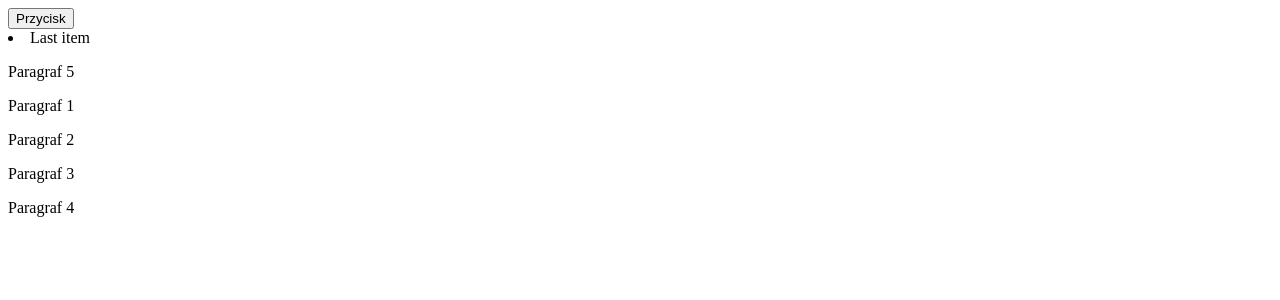
Repository: magdaf41/jQuery
Page: zadanie 2/index.html
An editor plug-in stored every save of this project. The page is shown before and after the next save, followed by the edit.
The browser window is 1280 px wide. The pictures show the whole page.
After loading, the first visible `#button` was clicked once.
Some web libraries are served in a nearby version.

Above is the page before, as saved 2020-09-10 21:50:34.

### zadanie 2/index.html
<!DOCTYPE html>
<html lang="en">

<head>
    <meta charset="UTF-8">
    <meta name="viewport" content="width=device-width, initial-scale=1.0">
    <title>Animation</title>
    <link rel="stylesheet" href="css/style.css">
</head>

<body>

<div>
    <button id="button">Przycisk</button>
</div>

    <p class="first">Paragraf 1</p>
    <p class="second">Paragraf 2</p>
    <p class="third">Paragraf 3</p>
    <p class="fourth">Paragraf 4</p>
    <p class="fifth">Paragraf 5</p>



    <script src="https://cdnjs.cloudflare.com/ajax/libs/jquery/3.2.1/jquery.min.js"></script>
    <script src="https://code.jquery.com/ui/1.12.1/jquery-ui.min.js"
        integrity="sha256-VazP97ZCwtekAsvgPBSUwPFKdrwD3unUfSGVYrahUqU=" crossorigin="anonymous"></script>
    <script src="js/main.js"></script>
</body>

</html>

### zadanie 2/js/main.js
$(document).ready(function () {

$('#button').click(function() {
  $('.fifth').insertBefore('.first');


  $('div').append('<li class="list-item">Last item</li>');
})
});

Loaded but not shown: zadanie 2/css/style.css (no stored copy; drawn as an empty file)

After the next save:
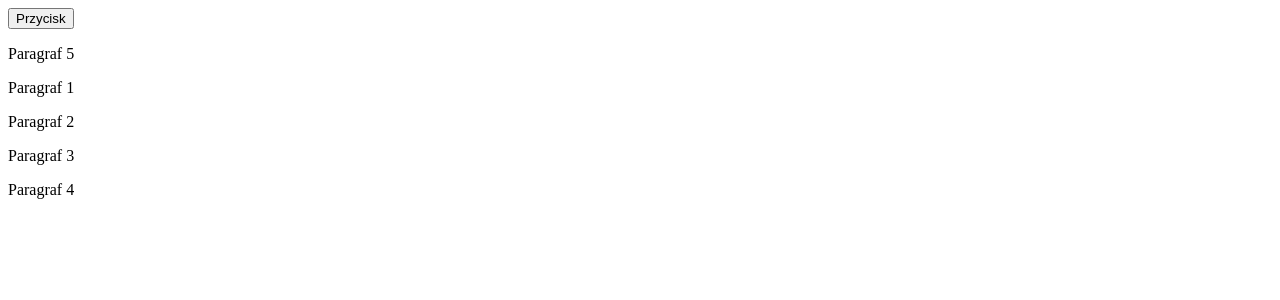
Console error: TypeError: $(...).innerHtml is not a function
Saved 53 s later.
--- a/zadanie 2/js/main.js
+++ b/zadanie 2/js/main.js
@@ -4,6 +4,6 @@
   $('.fifth').insertBefore('.first');
 
 
-  $('div').append('<li class="list-item">Last item</li>');
+  $('div').innerHtml('<li class="list-item">Last item</li>');
 })
 });

After the save that followed:
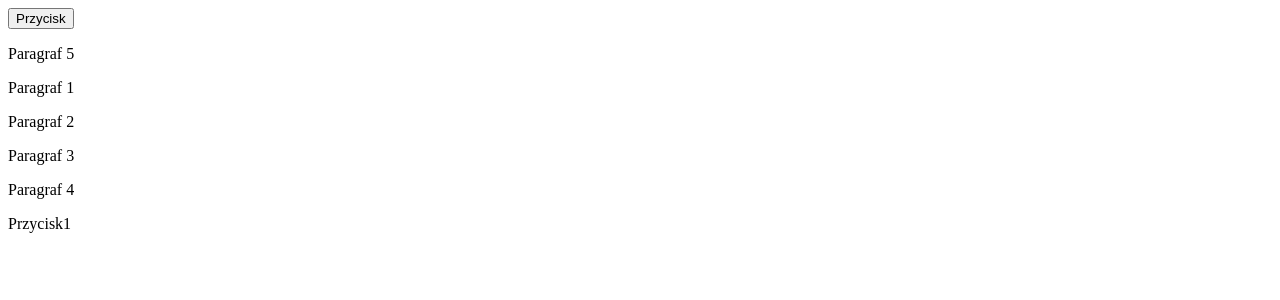
The error is gone.
Saved 2 min 25 s later.
--- a/zadanie 2/js/main.js
+++ b/zadanie 2/js/main.js
@@ -3,7 +3,8 @@
 $('#button').click(function() {
   $('.fifth').insertBefore('.first');
 
-
-  $('div').innerHtml('<li class="list-item">Last item</li>');
+  let button1 = document.createElement("button1");  // Create with DOM
+  button1.innerHTML = "Przycisk1";
+  $("body").append(button1);
 })
 });
